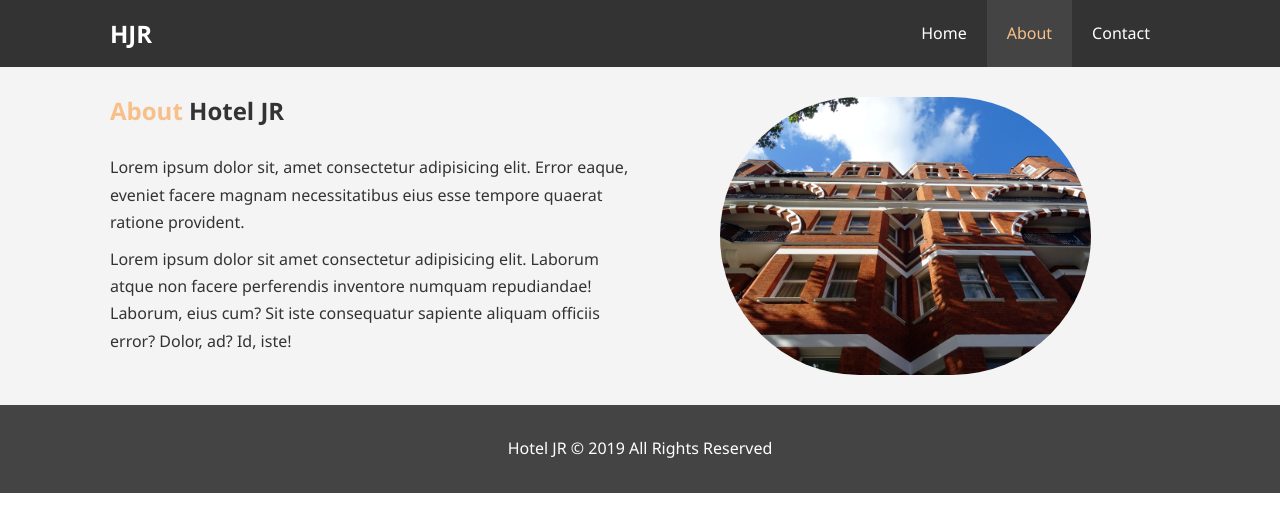
Repository: dimlutine/Hotel-Project
Page: about.html
An editor plug-in stored every save of this project. The page is shown before and after the next save, followed by the edit.
The browser window is 1280 px wide. The pictures show the whole page.

Above is the page before, as saved 2019-07-05 22:51:16.

After the next save:
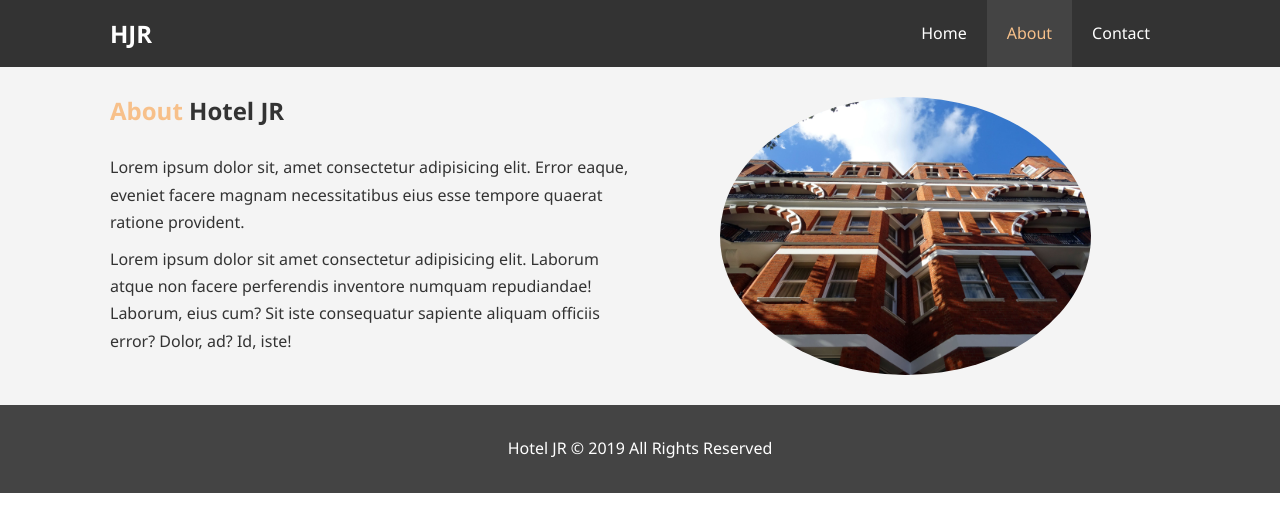
Saved 10 s later.
--- a/css/style.css
+++ b/css/style.css
@@ -211,7 +211,7 @@ p {
     width: 70%;
     display: block;
     margin: auto;
-    border-radius: 500px;
+    border-radius: 50%;
 }
 
 #about-info .info-left {
